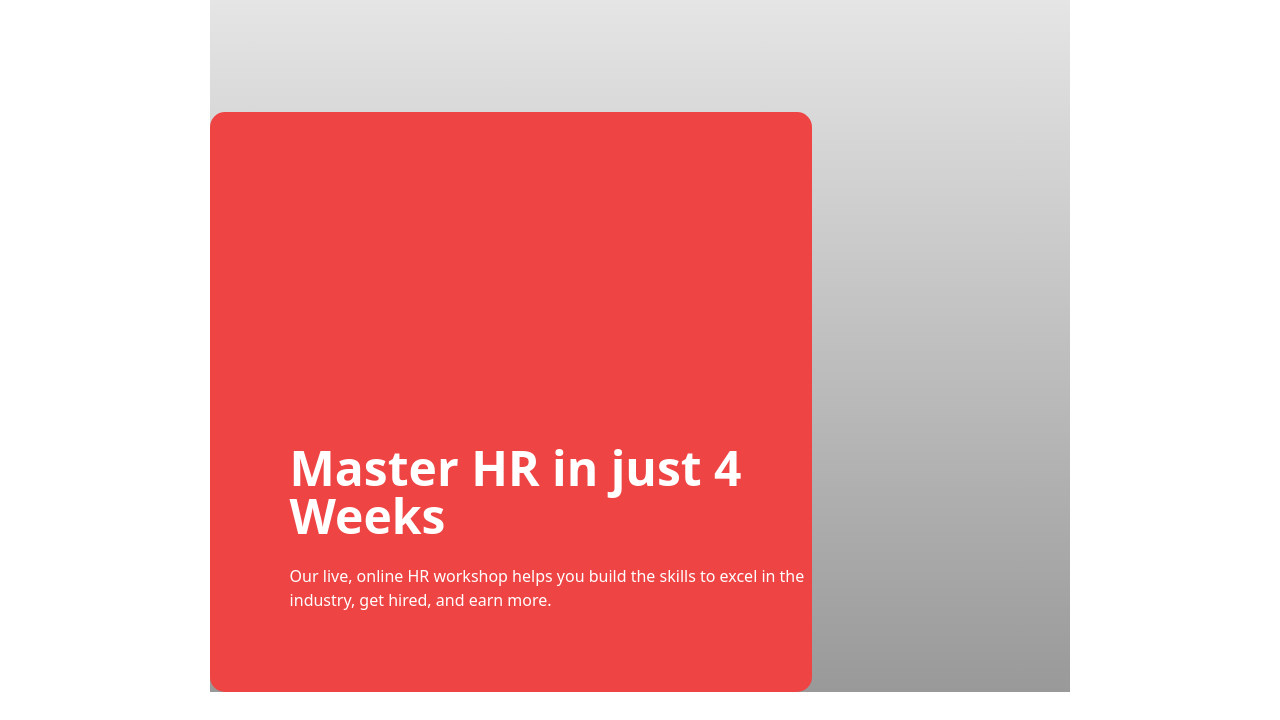
Repository: VickyJulme/fin-page-archesha
Page: /
The author's editor kept a copy of each file at every save. The page is drawn from the files as they stood at one save, then again after the next save.
The browser window is 1280 px wide. The pictures show the whole page.
The project was rebuilt for these pictures with package versions that can differ from the ones it lists, and the page was loaded fresh each time. Also part of the build but not shown: vite.config.js, src/App.css.

Above is the page before, as saved 2024-08-01 17:39:22.

### index.html
<!doctype html>
<html lang="en">
  <head>
    <meta charset="UTF-8" />
    <link rel="icon" type="image/svg+xml" href="/vite.svg" />
    <meta name="viewport" content="width=device-width, initial-scale=1.0" />
    <link href="https://cdn.jsdelivr.net/npm/bootstrap@5.3.3/dist/css/bootstrap.min.css" rel="stylesheet" integrity="sha384-QWTKZyjpPEjISv5WaRU9OFeRpok6YctnYmDr5pNlyT2bRjXh0JMhjY6hW+ALEwIH" crossorigin="anonymous">
    <title>Vite + React</title>
  </head>
  <body>
    <div id="root"></div>
    <script type="module" src="/src/main.jsx"></script>
    <script src="https://cdn.jsdelivr.net/npm/bootstrap@5.3.3/dist/js/bootstrap.bundle.min.js" integrity="sha384-YvpcrYf0tY3lHB60NNkmXc5s9fDVZLESaAA55NDzOxhy9GkcIdslK1eN7N6jIeHz" crossorigin="anonymous"></script>
  </body>
</html>

### src/App.jsx
import { useState } from 'react'

import './App.css'
import Hr from './Component/Hr'

function App() {


  return (
    <>
      <div >
        <Hr/>
      </div>

    </>
  )
}

export default App

### src/Component/Hr.jsx
import React from 'react'
import './Hr.css'

function Hr() {
  return (
    <div className='flex justify-center items-center'>

      <div className='con2 '>
           <div className='con1  items-end flex  bg-red-500 mt-28  ) '>


                <div className="flex flex-col   gap-4  w-full mb-20 pl-20 ">
                    <h1
                      className="text-white text-5xl font-bold  "
                    >
                      Master HR in just 4 Weeks
                    </h1>
                    <h2 className="text-white text- font-normal leading-normal @[480px]:text-base @[480px]:font-normal @[480px]:leading-normal">
                      Our live, online HR workshop helps you build the skills to excel in the industry, get hired, and earn more.
                    </h2>
                  </div>

            </div>
                </div>



            {/* <div className="@container">
              <div className="@[480px]:p-4">
                <div
                  className="flex min-h-[480px] flex-col gap-6 bg-cover bg-center bg-no-repeat @[480px]:gap-8 @[480px]:rounded-xl items-start justify-end px-4 pb-10 @[480px]:px-10"
                  // style='background-image: linear-gradient(rgba(0, 0, 0, 0.1) 0%, rgba(0, 0, 0, 0.4) 100%), url("https://cdn.usegalileo.ai/sdxl10/f19572df-3304-4064-aa15-f19df58d4b06.png");'
                >
                  <div className="flex flex-col gap-2 text-left">
                    <h1
                      className="text-white text-4xl font-black leading-tight tracking-[-0.033em] @[480px]:text-5xl @[480px]:font-black @[480px]:leading-tight @[480px]:tracking-[-0.033em]"
                    >
                      Master HR in just 4 Weeks
                    </h1>
                    <h2 className="text-white text-sm font-normal leading-normal @[480px]:text-base @[480px]:font-normal @[480px]:leading-normal">
                      Our live, online HR workshop helps you build the skills to excel in the industry, get hired, and earn more.
                    </h2>
                  </div>
                  <button
                    className="flex min-w-[84px] max-w-[480px] cursor-pointer items-center justify-center overflow-hidden rounded-xl h-10 px-4 @[480px]:h-12 @[480px]:px-5 bg-[#2094f3] text-slate-50 text-sm font-bold leading-normal tracking-[0.015em] @[480px]:text-base @[480px]:font-bold @[480px]:leading-normal @[480px]:tracking-[0.015em]"
                  >
                    <span className="truncate">Start</span>
                  </button>
                </div>
              </div>
            </div> */}



    </div>
  )
}

export default Hr

### src/Component/Hr.css
h1{

}








.con1{

    width:70%;
    height: 580px;
    /* background-color: red; */
    justify-content: center;
    align-items:center;

    border-radius: 15px;
    background-image:  url('https://cdn.usegalileo.ai/sdxl10/f19572df-3304-4064-aa15-f19df58d4b06.png');
    background-position: center;
    background-repeat: no-repeat;
    background-size:100% ;
    background:transparent;
    /* background: linear-gradient(rgba(0, 0, 0, 0.1) 0%, rgba(0, 0, 0, 0.4) ); */


}


.con2{
    background-image: linear-gradient(rgba(0, 0, 0, 0.1) 0%, rgba(0, 0, 0, 0.4) );
}



    /* background-image: url('https://cdn.usegalileo.ai/sdxl10/f19572df-3304-4064-aa15-f19df58d4b06.png'); */

Loaded but not shown: src/main.jsx (common file); src/index.css (common file); tailwind.config.js (common file)

After the next save:
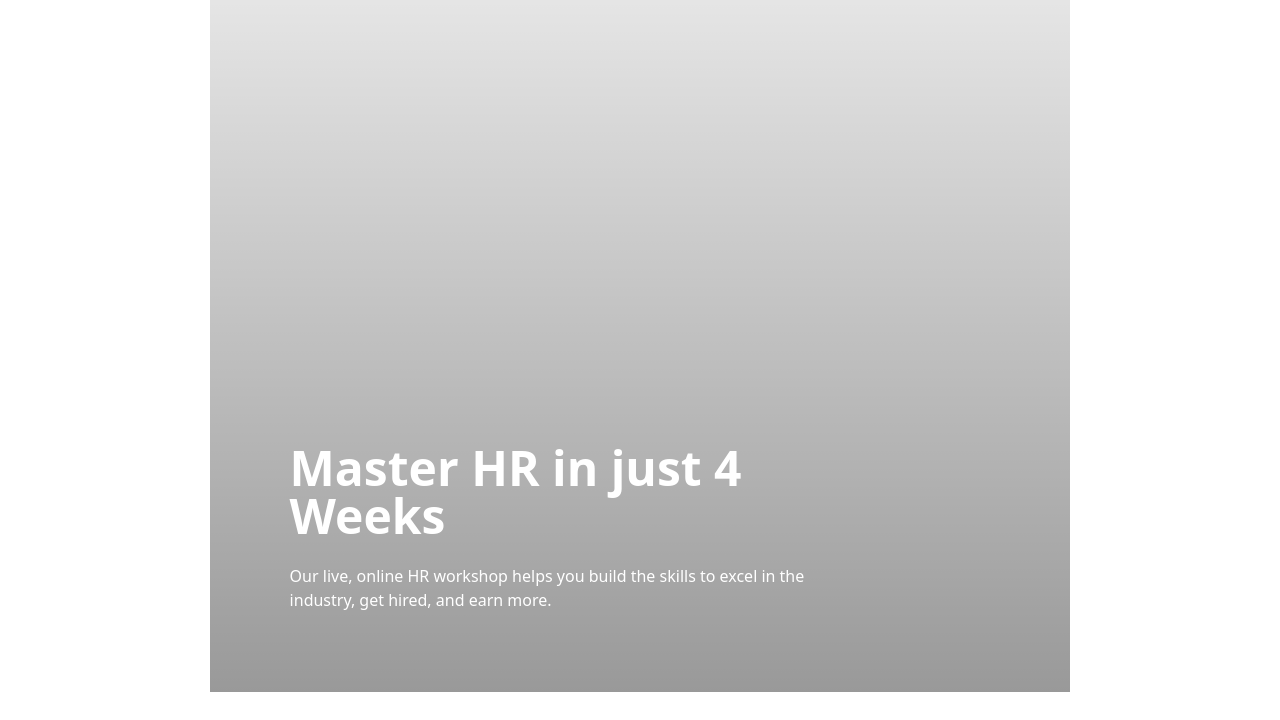
Saved 7 s later.
--- a/src/Component/Hr.jsx
+++ b/src/Component/Hr.jsx
@@ -6,7 +6,7 @@ function Hr() {
     <div className='flex justify-center items-center'>
 
       <div className='con2 '>
-           <div className='con1  items-end flex  bg-red-500 mt-28  ) '>
+           <div className='con1  items-end flex   mt-28  ) '>
 
 
                 <div className="flex flex-col   gap-4  w-full mb-20 pl-20 ">
